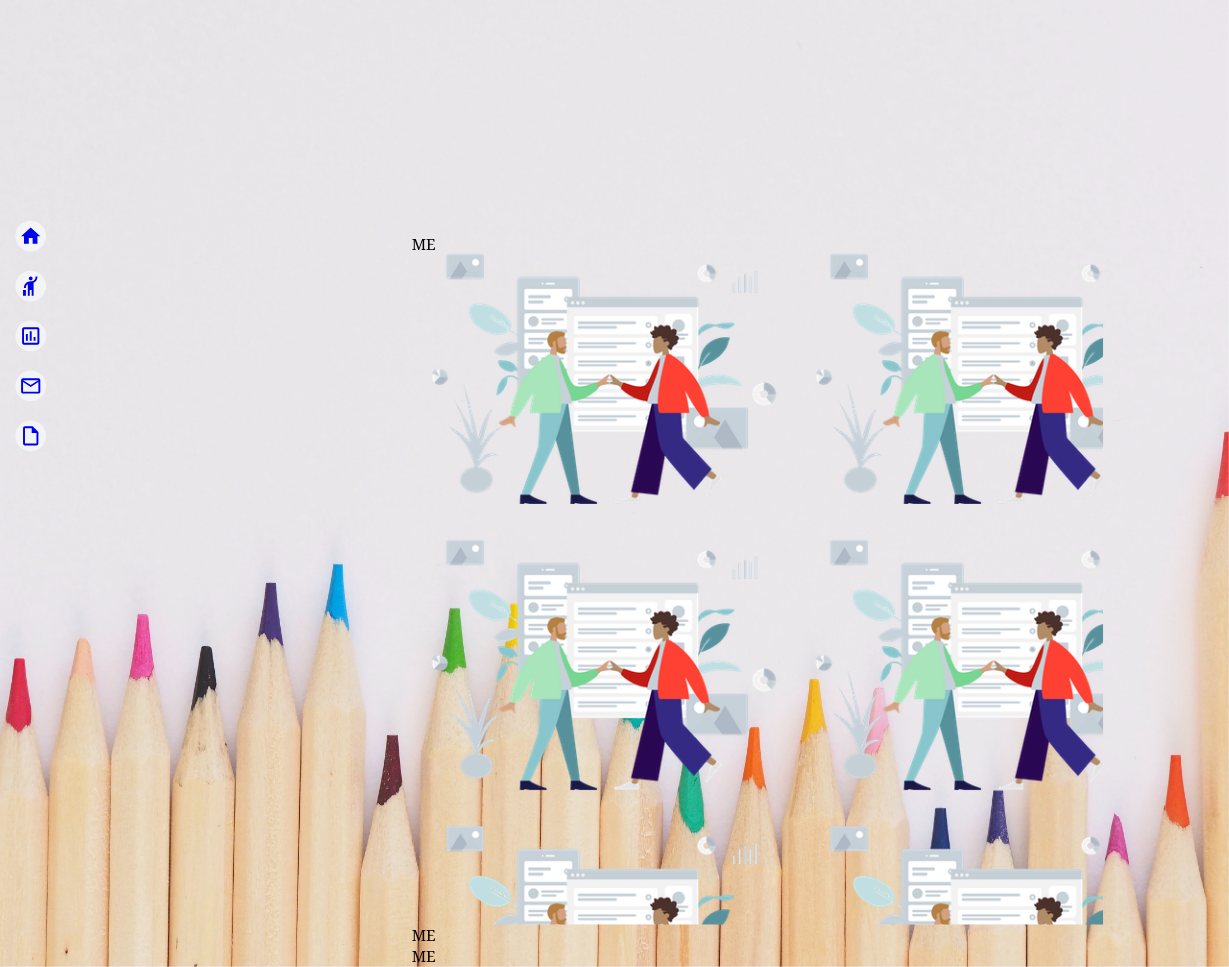
Repository: ujjawalmittal55/portfolio1
Page: /projects
The author's editor kept a copy of each file at every save. The page is drawn from the files as they stood at one save, then again after the next save.
The browser window is 1280 px wide. The pictures show the whole page, at 96% of full size.
The project was rebuilt for these pictures with package versions that can differ from the ones it lists, and the page was loaded fresh each time. Also part of the build but not shown: src/display.css, src/Display.tsx, src/about.css, src/About.jsx, src/document.css, src/Document.jsx, src/contact.css, src/Contact.jsx.

Above is the page before, as saved 2022-05-24 23:11:25.

After the next save:
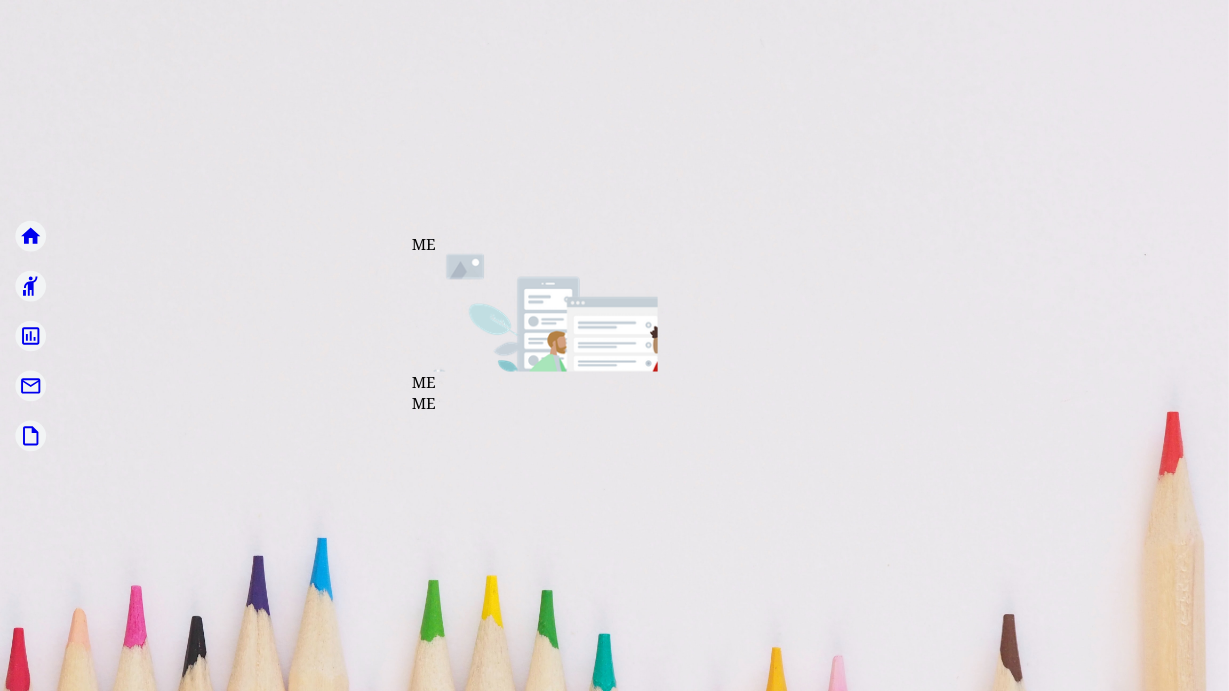
Saved 17 s later.
--- a/src/project.css
+++ b/src/project.css
@@ -7,6 +7,6 @@
 }
 .project_1 {
   background-image: url("/public/human.png");
-  height: 100vh;
-  width: 100vh;
+  height: 20vh;
+  width: 20vw;
 }
